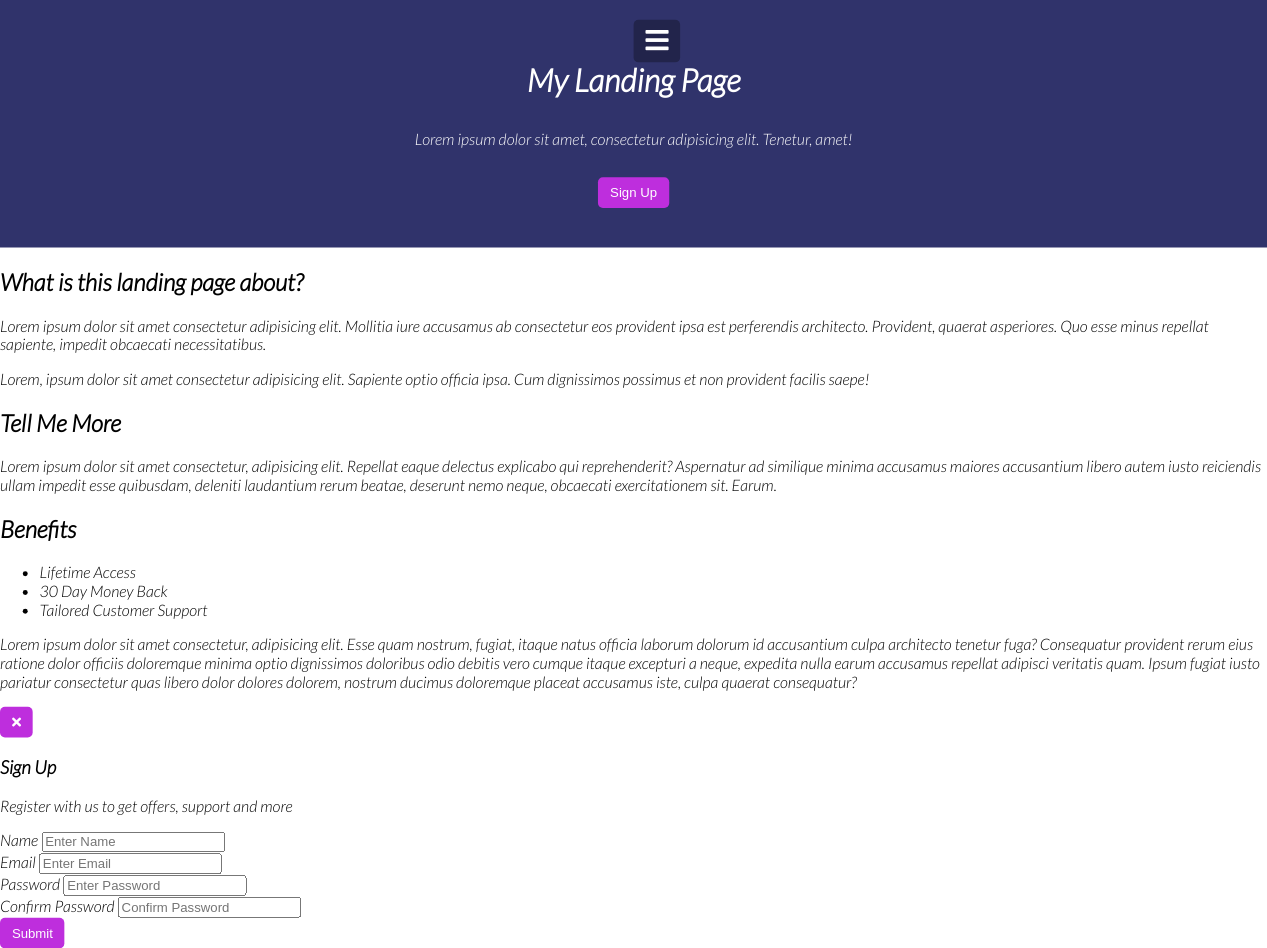
Repository: CAMPSLOPY/MenuSliderWithLandingPage
Page: index.html
The author's editor kept a copy of each file at every save. The page is drawn from the files as they stood at one save, then again after the next save.
The browser window is 1280 px wide. The pictures show the whole page, at 99% of full size.
Some web libraries are served in a nearby version.

Above is the page before, as saved 2021-01-21 15:05:19.

After the next save:
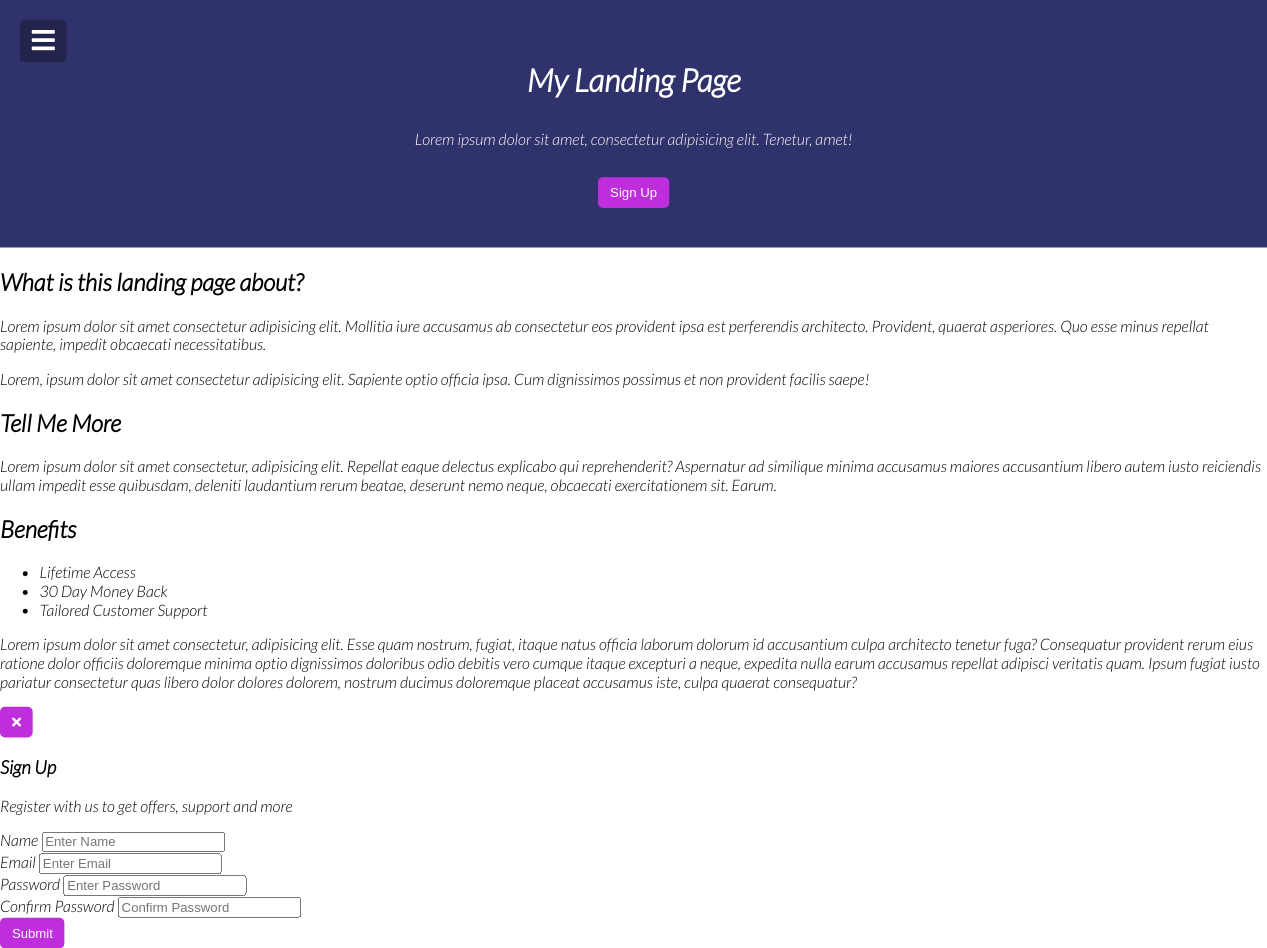
Saved 4 s later.
--- a/styles.css
+++ b/styles.css
@@ -91,4 +91,5 @@ button:focus {
   position: absolute;
   background: rgba(0, 0, 0, 0.3);
   top: 20px;
+  left: 20px;
 }
